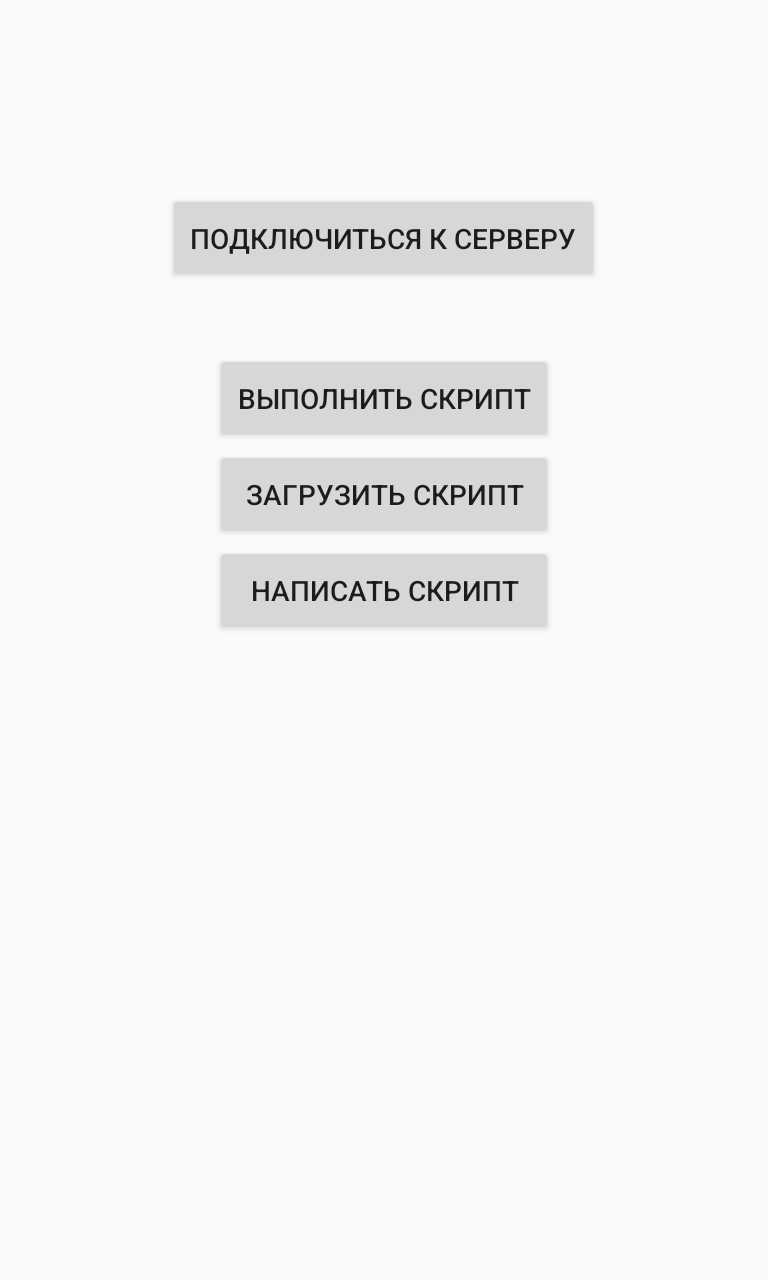
Repository: Laboratory711/Nightjar
Layout: android/Nightjar/workspace/Nightjar/res/layout/fragment_lab1.xml
These files come from the project's save history. The layout is drawn as it stood at one moment and after the next save; the edit follows.
It is drawn on a 768 x 1280 px phone screen (xhdpi) without system bars, with theme AppTheme; the app's code is not run.

Above is the layout before, as saved 2014-03-27 01:20:45.

After the next save:
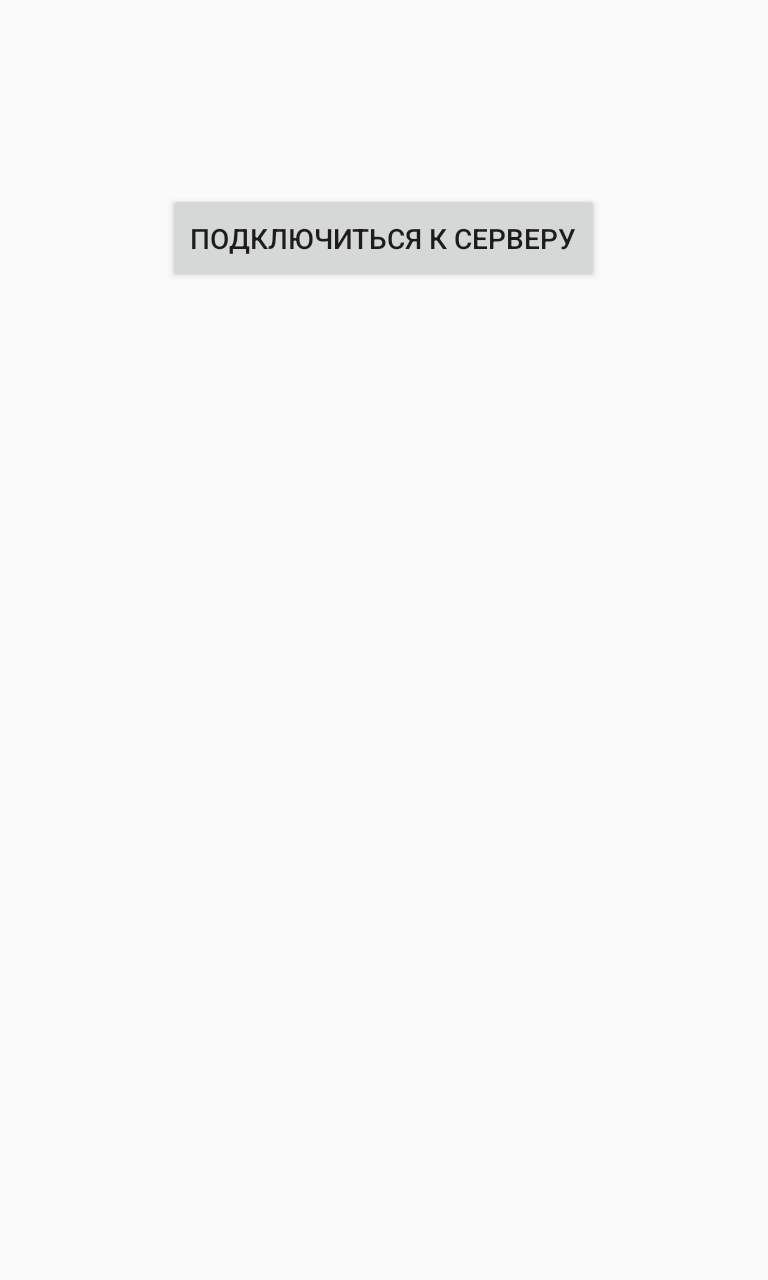
Saved 5 min 4 s later.
--- a/android/Nightjar/workspace/Nightjar/res/layout/fragment_lab1.xml
+++ b/android/Nightjar/workspace/Nightjar/res/layout/fragment_lab1.xml
@@ -24,7 +24,8 @@
         android:layout_below="@+id/button1"
         android:layout_centerHorizontal="true"
         android:layout_marginTop="32dp"
-        android:text="@string/text_buttom2_Name" />
+        android:text="@string/text_buttom2_Name"
+        android:visibility="invisible" />
 
     <Button
         android:id="@+id/button3"
@@ -33,7 +34,8 @@
         android:layout_alignLeft="@+id/button2"
         android:layout_alignRight="@+id/button2"
         android:layout_below="@+id/button2"
-        android:text="@string/text_buttom3_Name" />
+        android:text="@string/text_buttom3_Name"
+        android:visibility="invisible" />
 
     <Button
         android:id="@+id/button4"
@@ -42,7 +44,8 @@
         android:layout_alignLeft="@+id/button3"
         android:layout_alignRight="@+id/button3"
         android:layout_below="@+id/button3"
-        android:text="@string/text_buttom4_Name" />
+        android:text="@string/text_buttom4_Name"
+        android:visibility="invisible" />
 
     <TextView
         android:id="@+id/textView2"
